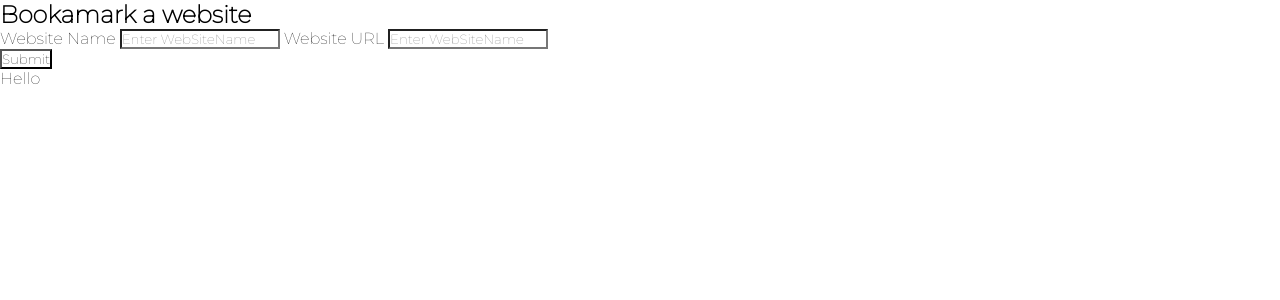
Repository: Suporl9/BookMarkerApp
Page: index.html
These files come from the project's save history. The page is drawn as it stood at one moment and after the next save; the edit follows.
The browser window is 1280 px wide. The pictures show the whole page.

Above is the page before, as saved 2021-11-21 17:17:42.

After the next save:
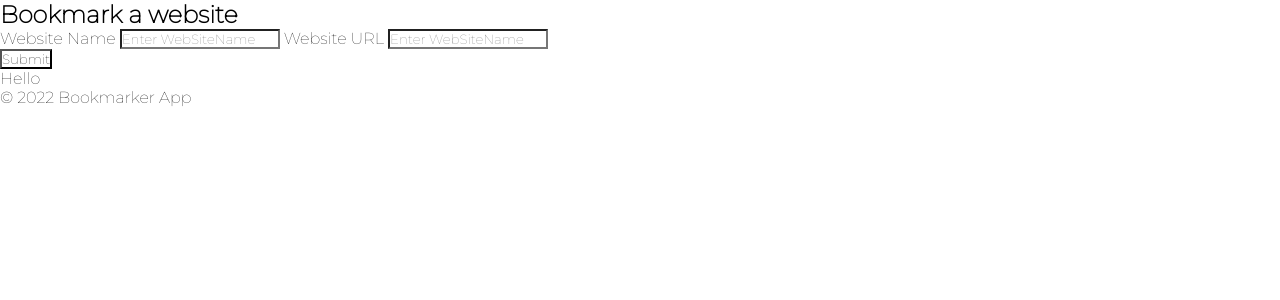
Saved 58 s later.
--- a/index.html
+++ b/index.html
@@ -13,7 +13,7 @@
       <div class="vh"></div>
       <div class="formInput">
         <form>
-          <h2>Bookamark a website</h2>
+          <h2>Bookmark a website</h2>
           <div class="sitesec">
             <label name="siteName">Website Name</label>
             <input
@@ -32,6 +32,9 @@
         </form>
       </div>
       <div class="toBeAdded">Hello</div>
+      <footer class="footer">
+        <p>&copy; 2022 Bookmarker App</p>
+      </footer>
     </div>
   </body>
 </html>
